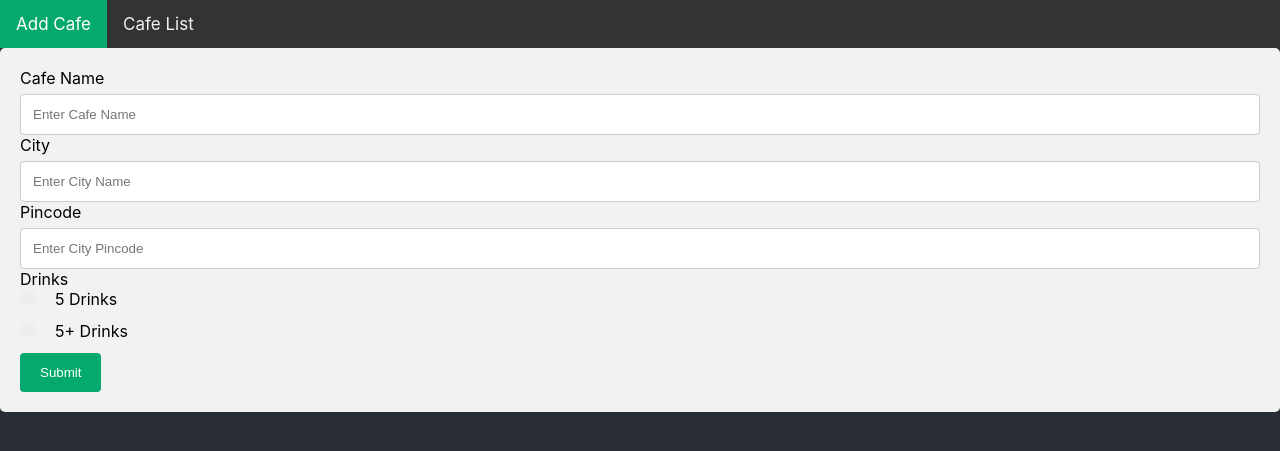
Repository: Surojd/project-cafe
Page: /add-cafe
An editor plug-in stored every save of this project. The page is shown before and after the next save, followed by the edit.
The browser window is 1280 px wide. The pictures show the whole page.
The page's requests for data from a server got no answer. The project was rebuilt for these pictures with package versions that can differ from the ones it lists, and the page was loaded fresh each time. No one was signed in, and anything a server would have sent is missing. Also part of the build but not shown: src/cafe/CafeList.js.

Above is the page before, as saved 2021-09-01 14:40:29.

### src/index.js
import React from 'react';
import ReactDOM from 'react-dom';
import './index.css';
import App from './App';
import reportWebVitals from './reportWebVitals';

import { BrowserRouter as Router } from 'react-router-dom';
ReactDOM.render(
  <React.StrictMode>
    <Router>
      <App />
    </Router>
  </React.StrictMode>,
  document.getElementById('root')
);

// If you want to start measuring performance in your app, pass a function
// to log results (for example: reportWebVitals(console.log))
// or send to an analytics endpoint. Learn more: https://bit.ly/CRA-vitals
reportWebVitals();

### src/index.css
body {
  background-color: #282c34;
  margin: 0;
  font-family: -apple-system, BlinkMacSystemFont, 'Segoe UI', 'Roboto', 'Oxygen',
    'Ubuntu', 'Cantarell', 'Fira Sans', 'Droid Sans', 'Helvetica Neue',
    sans-serif;
  -webkit-font-smoothing: antialiased;
  -moz-osx-font-smoothing: grayscale;
}

code {
  font-family: source-code-pro, Menlo, Monaco, Consolas, 'Courier New',
    monospace;
}

a{
  text-decoration: none;
}

### src/App.js
import { Link, Redirect, Route, Switch, useLocation } from 'react-router-dom';
import './App.css';
import { AddCafe, CafeList } from './cafe';

const routes = [
  { path: '/add-cafe', component: AddCafe },
  { path: '/cafes', component: CafeList },
];
function App() {
  const { pathname } = useLocation();
  console.log(pathname);
  return (
    <div className="App">
      <header className="topnav">
        <Link to="/add-cafe" className={pathname === '/add-cafe' ? 'active' : ''}>Add Cafe</Link>
        <Link to="/cafes" className={pathname === '/cafes' ? 'active' : ''}>Cafe List</Link>
      </header>
      <div class="container">
        <Switch>
          {
            routes.map(item => {
              return <Route  {...item} />
            })
          }
        </Switch>
      </div>
    </div>
  );
}

export default App;

### src/App.css
/* Add a black background color to the top navigation */
.topnav {
  background-color: #333;
  overflow: hidden;
}

/* Style the links inside the navigation bar */
.topnav a {
  float: left;
  display: block;
  color: #f2f2f2;
  text-align: center;
  padding: 14px 16px;
  text-decoration: none;
  font-size: 17px;
}

/* Change the color of links on hover */
.topnav a:hover {
  background-color: #ddd;
  color: black;
}

/* Add an active class to highlight the current page */
.topnav a.active {
  background-color: #04AA6D;
  color: white;
}

/* Hide the link that should open and close the topnav on small screens */
.topnav .icon {
  display: none;
}

* {box-sizing: border-box;}

input[type=text],input[type=number], select, textarea {
  width: 100%;
  padding: 12px;
  border: 1px solid #ccc;
  border-radius: 4px;
  box-sizing: border-box;
  margin-top: 6px;
  resize: vertical;
}

input[type=submit] {
  background-color: #04AA6D;
  color: white;
  padding: 12px 20px;
  border: none;
  border-radius: 4px;
  cursor: pointer;
}

button[type=submit]:hover {
  background-color: #45a049;
}

.container {
  border-radius: 5px;
  background-color: #f2f2f2;
  padding: 20px;
}

/* Chrome, Safari, Edge, Opera */
input::-webkit-outer-spin-button,
input::-webkit-inner-spin-button {
  -webkit-appearance: none;
  margin: 0;
}

/* Firefox */
input[type=number] {
  -moz-appearance: textfield;
}


.radio-label{
  display: block;
  position: relative;
  padding-left: 35px;
  margin-bottom: 12px;
  cursor: pointer;
  -webkit-user-select: none;
  -moz-user-select: none;
  -ms-user-select: none;
  user-select: none;
}



/* Hide the browser's default radio button */
.radio-label input[type=radio] {
  position: absolute;
  opacity: 0;
  cursor: pointer;
}

/* Create a custom radio button */
.checkmark {
  position: absolute;
  top: 0;
  left: 0;
  height: 16px;
  width: 16px;
  background-color: #eee;
  border-radius: 50%;
}

/* On mouse-over, add a grey background color */
.radio-label:hover input[type=radio] ~ .checkmark {
  background-color: #ccc;
}

/* When the radio button is checked, add a blue background */
.radio-label input[type=radio]:checked ~ .checkmark {
  background-color: #2196F3;
}

/* Create the indicator (the dot/circle - hidden when not checked) */
.checkmark:after {
  content: "";
  position: absolute;
  display: none;
}

/* Show the indicator (dot/circle) when checked */
.radio-label input[type=radio]:checked ~ .checkmark:after {
  display: block;
}

/* Style the indicator (dot/circle) */
.radio-label .checkmark:after {
 	top: 5px;
	left: 5px;
	width: 6px;
	height: 6px;
	border-radius: 50%;
	background: white;
}

.error{
    color: red;
    padding: 0px;
    margin: 0px;
}

table{
  border-radius: 5px;
  font-size: 12px;
  font-weight: normal;
  border: none;
  border-collapse: collapse;
  width: 100%;
  max-width: 100%;
  white-space: nowrap;
}

table th{
  text-align: center;
  padding: 8px;
  color: #ffffff;
  background: #07315a;
}
table td{
  border-right: 1px solid #f8f8f8;
    font-size: 12px;
    text-align: center;
}
th:nth-child(odd) {
  background: #324960;
}

tr:nth-child(even) {
  background: #F8F8F8;
}

### src/cafe/index.js

export { default as AddCafe } from './AddCafe';
export { default as CafeList } from './CafeList';

### src/cafe/AddCafe.js
import React from 'react';
import { collection, addDoc } from "firebase/firestore";
import firestore from './firebase';

import { useFormik } from 'formik';
import * as Yup from 'yup';

export default function AddCafe() {

  const formik = useFormik({
    initialValues: {
      name: '',
      city: '',
      pincode: '',
      drinks: ''
    },
    validationSchema: Yup.object({
      name: Yup.string()
        .max(15, 'Must be 15 characters or less')
        .required('Required'),
      city: Yup.string()
        .max(20, 'Must be 20 characters or less')
        .required('Required'),
      pincode: Yup.number().required('Required'),
      drinks: Yup.string().required('Required'),
    }),
    onSubmit: async (data, { resetForm }) => {
      try {
        const docRef = await addDoc(collection(firestore, "cafes"), data);
        alert("Cafe Added Successfully. ID : " + docRef.id);
        resetForm()
      } catch (e) {
        alert("Error adding cafe. something went wrong. ");
      }
    },
  });

  return (
    <form onSubmit={formik.handleSubmit}>
      <label htmlFor="name">Cafe Name</label>
      <input
        id="name"
        type='text'
        placeholder='Enter Cafe Name'
        {...formik.getFieldProps('name')}
      />
      {formik.touched.name && formik.errors.name ? (
        <div className="error">{formik.errors.name}</div>
      ) : null}

      <label htmlFor="city">City</label>
      <input
        id="city"
        type='text'
        placeholder='Enter City Name'
        {...formik.getFieldProps('city')}
      />
      {formik.touched.city && formik.errors.city ? (
        <div className="error">{formik.errors.city}</div>
      ) : null}

      <label htmlFor="pincode">Pincode</label>
      <input
        id="pincode"
        type='number'
        placeholder='Enter City Pincode'
        {...formik.getFieldProps('pincode')}
      />
      {formik.touched.pincode && formik.errors.pincode ? (
        <div className="error">{formik.errors.pincode}</div>
      ) : null}
      <label>Drinks</label>
      <label class="radio-label">5 Drinks
        <input
          type='radio'
          {...formik.getFieldProps('drinks')}
          value="5 Drinks"
        />
        <span class="checkmark"></span>
      </label>
      <label class="radio-label">5+ Drinks
        <input
          type='radio'
          {...formik.getFieldProps('drinks')}
          value="5+ Drinks"
        />
        <span class="checkmark"></span>
      </label>
      {formik.errors.drinks ? (
        <div className="error">{formik.errors.drinks}</div>
      ) : null}
      <input type="submit" value="Submit" />
    </form>);
}

### src/cafe/firebase.js
import { initializeApp } from 'firebase/app'
import { enableIndexedDbPersistence, initializeFirestore, CACHE_SIZE_UNLIMITED } from 'firebase/firestore'
import { getAnalytics } from "firebase/analytics";


const firebaseApp = initializeApp({
  apiKey: "AIzaSyBF1CMLc0WfG_majkcPFVm9eU-DCqGW9BM",
  authDomain: "project-cafe-d8aca.firebaseapp.com",
  projectId: "project-cafe-d8aca",
  storageBucket: "project-cafe-d8aca.appspot.com",
  messagingSenderId: "531282317018",
  appId: "1:531282317018:web:25d8fc0f088be0c68d5fe3",
  measurementId: "G-GNS7C6HN2Y"
});
const firestore = initializeFirestore(firebaseApp, {
  cacheSizeBytes: CACHE_SIZE_UNLIMITED
});

enableIndexedDbPersistence(firestore)
  .catch((err) => {
    if (err.code === 'failed-precondition') {
      console.log('Multiple tabs open, persistence can only be enabled in one tab at a a time.');
    } else if (err.code === 'unimplemented') {
      console.log('The current browser does not support all of the features required to enable persistence.');
    }
  });
export default firestore;
const analytics = getAnalytics(firebaseApp);

Loaded but not shown: public/index.html (common file); src/reportWebVitals.js (common file)

After the next save:
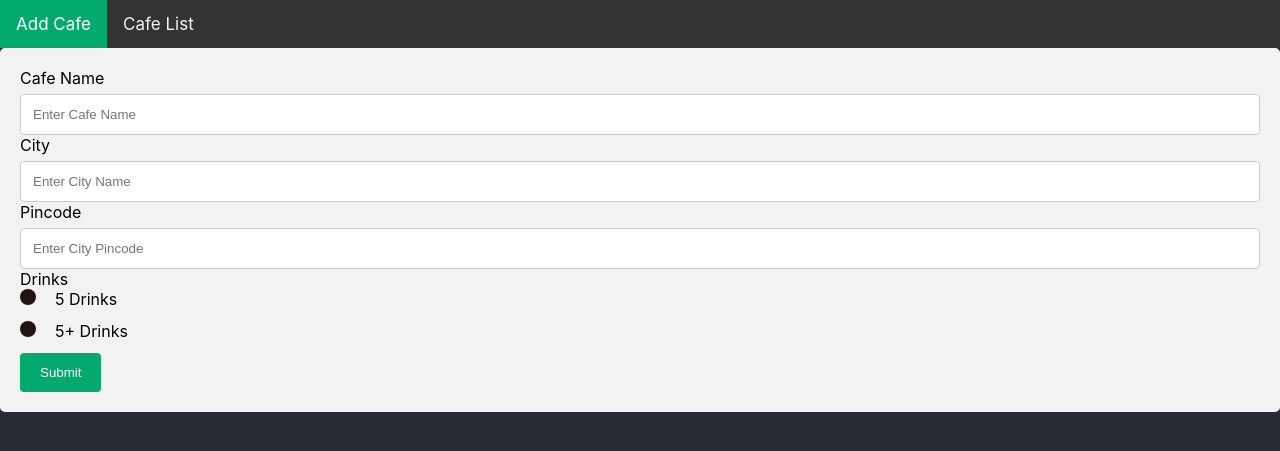
Saved 72 s later.
--- a/src/App.css
+++ b/src/App.css
@@ -104,7 +104,7 @@ input[type=number] {
   left: 0;
   height: 16px;
   width: 16px;
-  background-color: #eee;
+  background-color: rgb(34, 19, 19);
   border-radius: 50%;
 }
 
